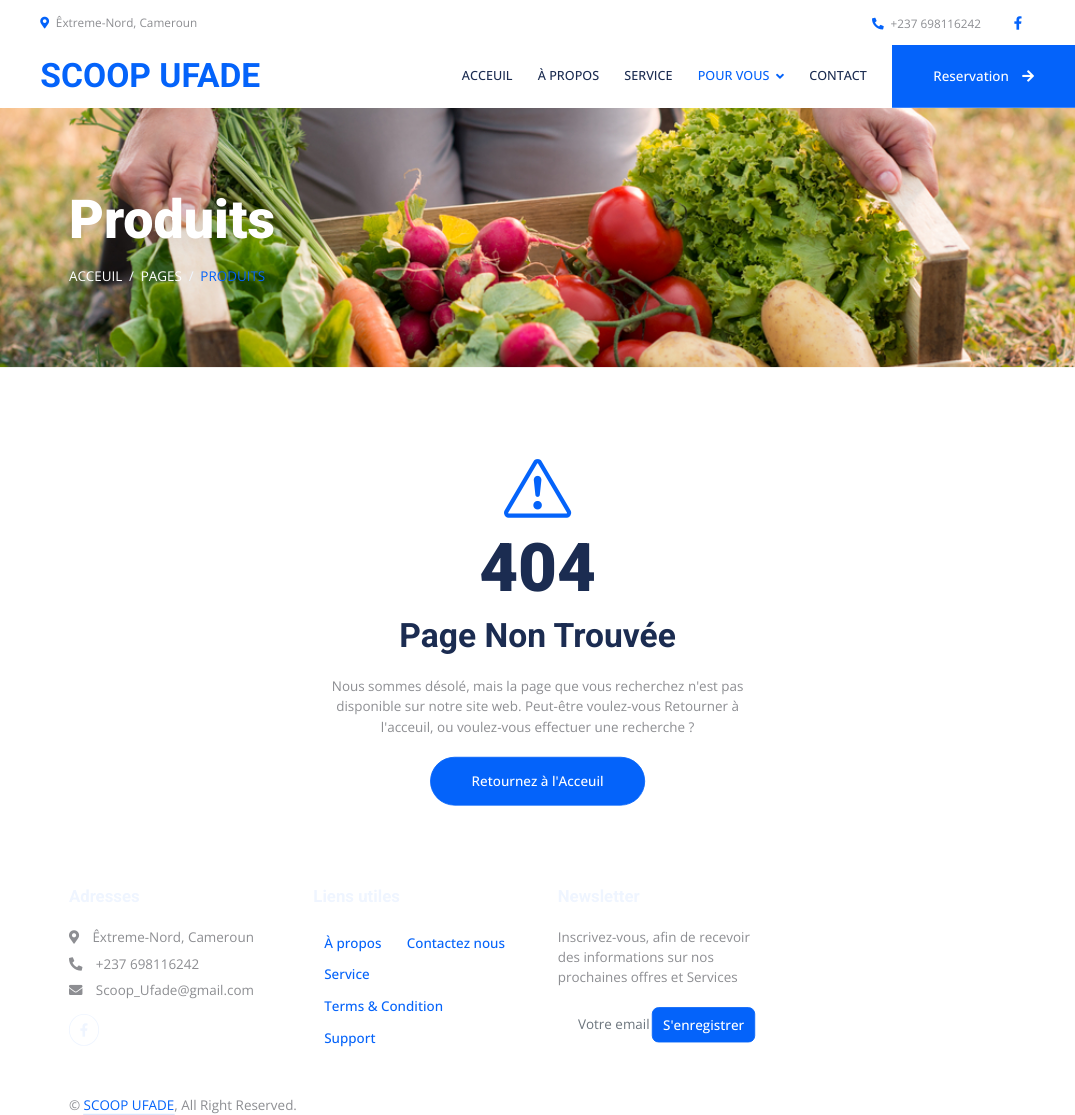
Repository: ryantido/scoop-ufade
Page: 404.html
The author's editor kept a copy of each file at every save. The page is drawn from the files as they stood at one save, then again after the next save.
The browser window is 1280 px wide. The pictures show the whole page, at 84% of full size.
Some web libraries are served in a nearby version.

Above is the page before, as saved 2025-04-20 11:29:46.

### 404.html
<!DOCTYPE html>
<html lang="fr">

<head>
    <meta charset="utf-8">
    <title>SCOOP UFADE</title>
    <meta content="width=device-width, initial-scale=1.0" name="viewport">
    <meta content="" name="keywords">
    <meta content="" name="description">

    <link href="img/favicon.ico" rel="icon">

    <link rel="preconnect" href="https://fonts.googleapis.com">
    <link rel="preconnect" href="https://fonts.gstatic.com" crossorigin>
    <link href="https://fonts.googleapis.com/css2?family=Open+Sans:wght@400;500&family=Roboto:wght@500;700;900&display=swap" rel="stylesheet">

    <link href="https://cdnjs.cloudflare.com/ajax/libs/font-awesome/5.10.0/css/all.min.css" rel="stylesheet">
    <link href="https://cdn.jsdelivr.net/npm/bootstrap-icons@1.4.1/font/bootstrap-icons.css" rel="stylesheet">

    <link href="lib/animate/animate.min.css" rel="stylesheet">
    <link href="lib/owlcarousel/assets/owl.carousel.min.css" rel="stylesheet">
    <link href="lib/tempusdominus/css/tempusdominus-bootstrap-4.min.css" rel="stylesheet" />

    <link href="css/bootstrap.min.css" rel="stylesheet">

    <link href="css/style.css" rel="stylesheet">
</head>

<body>
    <div id="spinner" class="show bg-white position-fixed translate-middle w-100 vh-100 top-50 start-50 d-flex align-items-center justify-content-center">
        <div class="spinner-grow text-primary" style="width: 3rem; height: 3rem;" role="status">
            <span class="sr-only">Loading...</span>
        </div>
    </div

    <div class="container-fluid bg-light p-0 wow fadeIn" data-wow-delay="0.1s">
        <div class="row gx-0 d-none d-lg-flex">
            <div class="col-lg-7 px-5 text-start">
                <div class="h-100 d-inline-flex align-items-center py-3 me-4">
                    <small class="fa fa-map-marker-alt text-primary me-2"></small>
                    <small>&Ecirc;xtreme-Nord, Cameroun</small>
                </div>
            </div>
            <div class="col-lg-5 px-5 text-end">
                <div class="h-100 d-inline-flex align-items-center py-3 me-4">
                    <small class="fa fa-phone-alt text-primary me-2"></small>
                    <small>+237 698116242</small>
                </div>
                <div class="h-100 d-inline-flex align-items-center">
                    <a class="btn btn-sm-square rounded-circle bg-white text-primary me-1" href="https://m.facebook.com/profile.php/?id=100088216677856&name=xhp_nt__fb__action__open_user"><i class="fab fa-facebook-f"></i></a>
                </div>
            </div>
        </div>
    </div>

    <nav class="navbar navbar-expand-lg bg-white navbar-light sticky-top p-0 wow fadeIn" data-wow-delay="0.1s">
        <a href="index.html" class="navbar-brand d-flex align-items-center px-4 px-lg-5">
            <h1 class="m-0 text-primary">SCOOP UFADE</h1>
        </a>
        <button type="button" class="navbar-toggler me-4" data-bs-toggle="collapse" data-bs-target="#navbarCollapse">
            <span class="navbar-toggler-icon"></span>
        </button>
        <div class="collapse navbar-collapse" id="navbarCollapse">
            <div class="navbar-nav ms-auto p-4 p-lg-0">
                <a href="index.html" class="nav-item nav-link">Acceuil</a>
                <a href="about.html" class="nav-item nav-link">&Agrave; propos</a>
                <a href="service.html" class="nav-item nav-link">Service</a>
                <div class="nav-item dropdown">
                    <a href="#" class="nav-link dropdown-toggle active" data-bs-toggle="dropdown">Pour Vous</a>
                    <div class="dropdown-menu rounded-0 rounded-bottom m-0">
                        <a href="404.html" class="dropdown-item">Produits</a>
                        <a href="appointment.html" class="dropdown-item">Reservation</a>
                    </div>
                </div>
                <a href="contact.html" class="nav-item nav-link">Contact</a>
            </div>
            <a href="" class="btn btn-primary rounded-0 py-4 px-lg-5 d-none d-lg-block">Reservation<i class="fa fa-arrow-right ms-3"></i></a>
        </div>
    </nav>

    <div class="container-fluid page-header py-5 mb-5 wow fadeIn" data-wow-delay="0.1s">
        <div class="container py-5">
            <h1 class="display-3 text-white mb-3 animated slideInDown"><!--Erreur 404-->Produits</h1>
            <nav aria-label="breadcrumb animated slideInDown">
                <ol class="breadcrumb text-uppercase mb-0">
                    <li class="breadcrumb-item"><a class="text-white" href="index.html">Acceuil</a></li>
                    <li class="breadcrumb-item"><a class="text-white" href="#">Pages</a></li>
                    <li class="breadcrumb-item text-primary active" aria-current="page"><!--Erreur 404-->Produits</li>
                </ol>
            </nav>
        </div>
    </div>

    <div class="container-xxl py-5 wow fadeInUp" data-wow-delay="0.1s">
        <div class="container text-center">
            <div class="row justify-content-center">
                <div class="col-lg-6">
                    <i class="bi bi-exclamation-triangle display-1 text-primary"></i>
                    <h1 class="display-1">404</h1>
                    <h1 class="mb-4">Page Non Trouv&eacute;e</h1>
                    <p class="mb-4">
                        Nous sommes d&eacute;sol&eacute;, mais la page que vous recherchez n'est pas disponible sur notre site web. Peut-&ecirc;tre
                        voulez-vous Retourner &agrave; l'acceuil, ou voulez-vous effectuer une recherche ?
                    </p>
                    <a class="btn btn-primary rounded-pill py-3 px-5" href="index.html">Retournez &agrave; l'Acceuil</a>
                </div>
            </div>
        </div>
    </div

    <div class="container-fluid bg-dark text-light footer mt-5 pt-5 wow fadeIn" data-wow-delay="0.1s">
        <div class="container py-5">
            <div class="row g-5">
                <div class="col-lg-3 col-md-6">
                    <h5 class="text-light mb-4">Adresses</h5>
                    <p class="mb-2"><i class="fa fa-map-marker-alt me-3"></i>&Ecirc;xtreme-Nord, Cameroun</p>
                    <p class="mb-2"><i class="fa fa-phone-alt me-3"></i>+237 698116242</p>
                    <p class="mb-2"><i class="fa fa-envelope me-3"></i>Scoop_Ufade@gmail.com</p>
                    <div class="d-flex pt-2">
                        <a class="btn btn-outline-light btn-social rounded-circle" href="https://m.facebook.com/profile.php/?id=100088216677856&name=xhp_nt__fb__action__open_user"><i class="fab fa-facebook-f"></i></a>
                    </div>
                </div>
                <div class="col-lg-3 col-md-6">
                    <h5 class="text-light mb-4" >Liens utiles</h5>
                    <a class="btn btn-link" href="">&Agrave; propos</a>
                    <a class="btn btn-link" href="contact.html">Contactez nous</a>
                    <a class="btn btn-link" href="service.html">Service</a>
                    <a class="btn btn-link" href="#">Terms & Condition</a>
                    <a class="btn btn-link" href="#">Support</a>
                </div>
                <div class="col-lg-3 col-md-6">
                    <h5 class="text-light mb-4">Newsletter</h5>
                    <p>Inscrivez-vous, afin de recevoir des informations sur nos prochaines offres et Services</p>
                    <div class="position-relative mx-auto" style="max-width: 400px;">
                        <input class="form-control border-0 w-100 py-3 ps-4 pe-5" type="text" placeholder="Votre email">
                        <button type="button" class="btn btn-primary py-2 position-absolute top-0 end-0 mt-2 me-2">S'enregistrer</button>
                    </div>
                </div>
            </div>
        </div>
        <div class="container">
            <div class="copyright">
                <div class="row">
                    <div class="col-md-6 text-center text-md-start mb-3 mb-md-0">
                        &copy; <a class="border-bottom" href="#">SCOOP UFADE</a>, All Right Reserved.
                </div>
            </div>
        </div>
    </div>

    <a href="#" class="btn btn-lg btn-primary btn-lg-square rounded-circle back-to-top"><i class="bi bi-arrow-up"></i></a>

    <script src="https://code.jquery.com/jquery-3.4.1.min.js"></script>
    <script src="https://cdn.jsdelivr.net/npm/bootstrap@5.0.0/dist/js/bootstrap.bundle.min.js"></script>
    <script src="lib/wow/wow.min.js"></script>
    <script src="lib/easing/easing.min.js"></script>
    <script src="lib/waypoints/waypoints.min.js"></script>
    <script src="lib/counterup/counterup.min.js"></script>
    <script src="lib/owlcarousel/owl.carousel.min.js"></script>
    <script src="lib/tempusdominus/js/moment.min.js"></script>
    <script src="lib/tempusdominus/js/moment-timezone.min.js"></script>
    <script src="lib/tempusdominus/js/tempusdominus-bootstrap-4.min.js"></script>

    <script src="js/main.js"></script>
</body>

</html>

### css/style.css

:root {
    --primary: #0463FA;
    --light: #EFF5FF;
    --dark: #1B2C51;
}

.fw-medium {
    font-weight: 500 !important;
}

.fw-bold {
    font-weight: 700 !important;
}

.fw-black {
    font-weight: 900 !important;
}

.back-to-top {
    position: fixed;
    display: none;
    right: 45px;
    bottom: 45px;
    z-index: 99;
}

#spinner {
    opacity: 0;
    visibility: hidden;
    transition: opacity .5s ease-out, visibility 0s linear .5s;
    z-index: 99999;
}

#spinner.show {
    transition: opacity .5s ease-out, visibility 0s linear 0s;
    visibility: visible;
    opacity: 1;
}



.btn {
    font-weight: 500;
    transition: .5s;
}

.btn.btn-primary,
.btn.btn-secondary {
    color: #FFFFFF;
}

.btn-square {
    width: 38px;
    height: 38px;
}

.btn-sm-square {
    width: 32px;
    height: 32px;
}

.btn-lg-square {
    width: 48px;
    height: 48px;
}

.btn-square,
.btn-sm-square,
.btn-lg-square {
    padding: 0;
    display: flex;
    align-items: center;
    justify-content: center;
    font-weight: normal;
}


.navbar .dropdown-toggle::after {
    border: none;
    content: "\f107";
    font-family: "Font Awesome 5 Free";
    font-weight: 900;
    vertical-align: middle;
    margin-left: 8px;
}

.navbar .navbar-nav .nav-link {
    margin-right: 30px;
    padding: 25px 0;
    color: #FFFFFF;
    font-size: 15px;
    font-weight: 500;
    text-transform: uppercase;
    outline: none;
}

.navbar .navbar-nav .nav-link:hover,
.navbar .navbar-nav .nav-link.active {
    color: var(--primary);
}

@media (max-width: 991.98px) {
    .navbar .navbar-nav .nav-link  {
        margin-right: 0;
        padding: 10px 0;
    }

    .navbar .navbar-nav {
        border-top: 1px solid #EEEEEE;
    }
}

.navbar .navbar-brand,
.navbar a.btn {
    height: 75px;
}

.navbar .navbar-nav .nav-link {
    color: var(--dark);
    font-weight: 500;
}

.navbar.sticky-top {
    top: -100px;
    transition: .5s;
}

@media (min-width: 992px) {
    .navbar .nav-item .dropdown-menu {
        display: block;
        border: none;
        margin-top: 0;
        top: 150%;
        opacity: 0;
        visibility: hidden;
        transition: .5s;
    }

    .navbar .nav-item:hover .dropdown-menu {
        top: 100%;
        visibility: visible;
        transition: .5s;
        opacity: 1;
    }
}

.header-carousel .owl-carousel-text {
    position: absolute;
    width: 100%;
    height: 100%;
    padding: 3rem;
    top: 0;
    left: 0;
    display: flex;
    align-items: center;
    justify-content: center;
    text-shadow: 0 0 30px rgba(0, 0, 0, .1);
}

.header-carousel .owl-nav {
    position: absolute;
    width: 200px;
    height: 45px;
    bottom: 30px;
    left: 50%;
    transform: translateX(-50%);
    display: flex;
    justify-content: space-between;
}

.header-carousel .owl-nav .owl-prev,
.header-carousel .owl-nav .owl-next {
    width: 45px;
    height: 45px;
    display: flex;
    align-items: center;
    justify-content: center;
    color: #FFFFFF;
    background: transparent;
    border: 1px solid #FFFFFF;
    border-radius: 45px;
    font-size: 22px;
    transition: .5s;
}

.header-carousel .owl-nav .owl-prev:hover,
.header-carousel .owl-nav .owl-next:hover {
    background: var(--primary);
    border-color: var(--primary);
}

.header-carousel .owl-dots {
    position: absolute;
    height: 45px;
    bottom: 30px;
    left: 50%;
    transform: translateX(-50%);
    display: flex;
    align-items: center;
    justify-content: center;
}

.header-carousel .owl-dot {
    position: relative;
    display: inline-block;
    margin: 0 5px;
    width: 15px;
    height: 15px;
    background: transparent;
    border: 1px solid #FFFFFF;
    border-radius: 15px;
    transition: .5s;
}

.header-carousel .owl-dot::after {
    position: absolute;
    content: "";
    width: 5px;
    height: 5px;
    top: 4px;
    left: 4px;
    background: #FFFFFF;
    border-radius: 5px;
}

.header-carousel .owl-dot.active {
    background: var(--primary);
    border-color: var(--primary);
}

.page-header {
    background: url("../img/agro.jpg")  center no-repeat;
    background-size: cover;
    text-shadow: 0 0 30px rgba(0, 0, 0, .1);
}

.page-header2 {
    background: url("../img/props1.jpg")  center no-repeat ;
    background-size: cover;
    text-shadow: 0 0 30px rgba(0, 0, 0, .1);
}

.page-header3 {
    background: url("../img/services1.jpg")  center no-repeat;
    background-size: cover;
    text-shadow: 0 0 30px rgba(0, 0, 0, .1);
}

.page-header4 {
    background: url("../img/contact.jpg")  center no-repeat;
    background-size: cover;
    text-shadow: 0 0 30px rgba(0, 0, 0, .1);
}

.breadcrumb-item + .breadcrumb-item::before {
    color: var(--light);
}

.service-item {
    transition: .5s;
}

.service-item:hover {
    margin-top: -10px;
    box-shadow: 0 .5rem 1.5rem rgba(0, 0, 0, .08);
}

.service-item .btn {
    width: 40px;
    height: 40px;
    display: inline-flex;
    align-items: center;
    background: #FFFFFF;
    border-radius: 40px;
    white-space: nowrap;
    overflow: hidden;
    transition: .5s;
}

.service-item:hover .btn {
    width: 140px;
}

.bootstrap-datetimepicker-widget.bottom {
    top: auto !important;
}

.bootstrap-datetimepicker-widget .table * {
    border-bottom-width: 0px;
}

.bootstrap-datetimepicker-widget .table th {
    font-weight: 500;
}

.bootstrap-datetimepicker-widget.dropdown-menu {
    padding: 10px;
    border-radius: 2px;
}

.bootstrap-datetimepicker-widget table td.active,
.bootstrap-datetimepicker-widget table td.active:hover {
    background: var(--primary);
}

.bootstrap-datetimepicker-widget table td.today::before {
    border-bottom-color: var(--primary);
}

.testimonial-carousel::before {
    position: absolute;
    content: "";
    top: 0;
    left: 0;
    height: 100%;
    width: 0;
    background: linear-gradient(to right, rgba(255, 255, 255, 1) 0%, rgba(255, 255, 255, 0) 100%);
    z-index: 1;
}

.testimonial-carousel::after {
    position: absolute;
    content: "";
    top: 0;
    right: 0;
    height: 100%;
    width: 0;
    background: linear-gradient(to left, rgba(255, 255, 255, 1) 0%, rgba(255, 255, 255, 0) 100%);
    z-index: 1;
}

@media (min-width: 768px) {
    .testimonial-carousel::before,
    .testimonial-carousel::after {
        width: 200px;
    }
}

@media (min-width: 992px) {
    .testimonial-carousel::before,
    .testimonial-carousel::after {
        width: 300px;
    }
}

.testimonial-carousel .owl-item .testimonial-text {
    background: var(--light);
    transform: scale(.8);
    transition: .5s;
}

.testimonial-carousel .owl-item.center .testimonial-text {
    background: var(--primary);
    transform: scale(1);
}

.testimonial-carousel .owl-item .testimonial-text *,
.testimonial-carousel .owl-item .testimonial-item img {
    transition: .5s;
}

.testimonial-carousel .owl-item.center .testimonial-text * {
    color: var(--light) !important;
}

.testimonial-carousel .owl-item.center .testimonial-item img {
    background: var(--primary) !important;
}

.testimonial-carousel .owl-nav {
    position: absolute;
    width: 350px;
    top: 15px;
    left: 50%;
    transform: translateX(-50%);
    display: flex;
    justify-content: space-between;
    opacity: 0;
    transition: .5s;
    z-index: 1;
}

.testimonial-carousel:hover .owl-nav {
    width: 300px;
    opacity: 1;
}

.testimonial-carousel .owl-nav .owl-prev,
.testimonial-carousel .owl-nav .owl-next {
    position: relative;
    color: var(--primary);
    font-size: 45px;
    transition: .5s;
}

.testimonial-carousel .owl-nav .owl-prev:hover,
.testimonial-carousel .owl-nav .owl-next:hover {
    color: var(--dark);
}

.footer .btn.btn-social {
    margin-right: 5px;
    width: 35px;
    height: 35px;
    display: flex;
    align-items: center;
    justify-content: center;
    color: var(--light);
    border: 1px solid #FFFFFF;
    transition: .3s;
}

.footer .btn.btn-social:hover {
    color: var(--primary);
}

.footer .btn.btn-link {
    display: block;
    margin-bottom: 5px;
    padding: 0;
    text-align: left;
    color: #FFFFFF;
    font-size: 15px;
    font-weight: normal;
    text-transform: capitalize;
    transition: .3s;
}

.footer .btn.btn-link::before {
    position: relative;
    content: "\f105";
    font-family: "Font Awesome 5 Free";
    font-weight: 900;
    margin-right: 10px;
}

.footer .btn.btn-link:hover {
    color: var(--primary);
    letter-spacing: 1px;
    box-shadow: none;
}

.footer .copyright {
    padding: 25px 0;
    font-size: 15px;
    border-top: 1px solid rgba(256, 256, 256, .1);
}

.footer .copyright a {
    color: var(--light);
}

.footer .copyright a:hover {
    color: var(--primary);
}

### js/main.js
(function ($) {
    "use strict";

    // Spinner
    var spinner = function () {
        setTimeout(function () {
            if ($('#spinner').length > 0) {
                $('#spinner').removeClass('show');
            }
        }, 1);
    };
    spinner();


    // Initiate the wowjs
    new WOW().init();


    // Sticky Navbar
    $(window).scroll(function () {
        if ($(this).scrollTop() > 300) {
            $('.sticky-top').addClass('shadow-sm').css('top', '0px');
        } else {
            $('.sticky-top').removeClass('shadow-sm').css('top', '-100px');
        }
    });


    // Back to top button
    $(window).scroll(function () {
        if ($(this).scrollTop() > 300) {
            $('.back-to-top').fadeIn('slow');
        } else {
            $('.back-to-top').fadeOut('slow');
        }
    });
    $('.back-to-top').click(function () {
        $('html, body').animate({scrollTop: 0}, 1500, 'easeInOutExpo');
        return false;
    });


    // Facts counter
    $('[data-toggle="counter-up"]').counterUp({
        delay: 10,
        time: 2000
    });


    // Date and time picker
    $('.date').datetimepicker({
        format: 'L'
    });
    $('.time').datetimepicker({
        format: 'LT'
    });


    // Header carousel
    $(".header-carousel").owlCarousel({
        autoplay: false,
        animateOut: 'fadeOutLeft',
        items: 1,
        dots: true,
        loop: true,
        nav : true,
        navText : [
            '<i class="bi bi-chevron-left"></i>',
            '<i class="bi bi-chevron-right"></i>'
        ]
    });


    // Testimonials carousel
    $(".testimonial-carousel").owlCarousel({
        autoplay: false,
        smartSpeed: 1000,
        center: true,
        dots: false,
        loop: true,
        nav : true,
        navText : [
            '<i class="bi bi-arrow-left"></i>',
            '<i class="bi bi-arrow-right"></i>'
        ],
        responsive: {
            0:{
                items:1
            },
            768:{
                items:2
            }
        }
    });


})(jQuery);

Loaded but not shown: lib/animate/animate.min.css (library); lib/owlcarousel/assets/owl.carousel.min.css (common file); lib/tempusdominus/css/tempusdominus-bootstrap-4.min.css (library); css/bootstrap.min.css (library); lib/wow/wow.min.js (library); lib/easing/easing.min.js (common file); lib/waypoints/waypoints.min.js (library); lib/owlcarousel/owl.carousel.min.js (library); lib/tempusdominus/js/moment.min.js (library); lib/tempusdominus/js/moment-timezone.min.js (library); lib/tempusdominus/js/tempusdominus-bootstrap-4.min.js (library); lib/counterup/counterup.min.js (4 lines, source omitted)

After the next save:
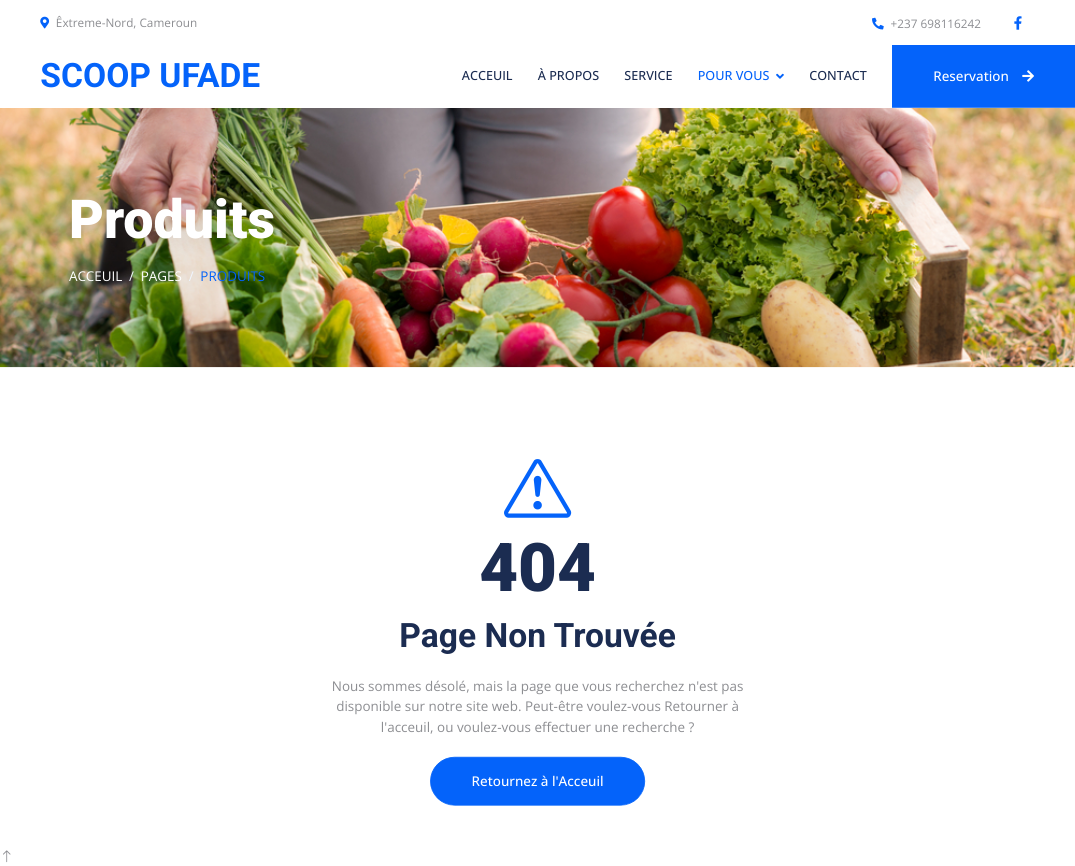
Saved 18 s later.
--- a/404.html
+++ b/404.html
@@ -108,45 +108,7 @@
         </div>
     </div
 
-    <div class="container-fluid bg-dark text-light footer mt-5 pt-5 wow fadeIn" data-wow-delay="0.1s">
-        <div class="container py-5">
-            <div class="row g-5">
-                <div class="col-lg-3 col-md-6">
-                    <h5 class="text-light mb-4">Adresses</h5>
-                    <p class="mb-2"><i class="fa fa-map-marker-alt me-3"></i>&Ecirc;xtreme-Nord, Cameroun</p>
-                    <p class="mb-2"><i class="fa fa-phone-alt me-3"></i>+237 698116242</p>
-                    <p class="mb-2"><i class="fa fa-envelope me-3"></i>Scoop_Ufade@gmail.com</p>
-                    <div class="d-flex pt-2">
-                        <a class="btn btn-outline-light btn-social rounded-circle" href="https://m.facebook.com/profile.php/?id=100088216677856&name=xhp_nt__fb__action__open_user"><i class="fab fa-facebook-f"></i></a>
-                    </div>
-                </div>
-                <div class="col-lg-3 col-md-6">
-                    <h5 class="text-light mb-4" >Liens utiles</h5>
-                    <a class="btn btn-link" href="">&Agrave; propos</a>
-                    <a class="btn btn-link" href="contact.html">Contactez nous</a>
-                    <a class="btn btn-link" href="service.html">Service</a>
-                    <a class="btn btn-link" href="#">Terms & Condition</a>
-                    <a class="btn btn-link" href="#">Support</a>
-                </div>
-                <div class="col-lg-3 col-md-6">
-                    <h5 class="text-light mb-4">Newsletter</h5>
-                    <p>Inscrivez-vous, afin de recevoir des informations sur nos prochaines offres et Services</p>
-                    <div class="position-relative mx-auto" style="max-width: 400px;">
-                        <input class="form-control border-0 w-100 py-3 ps-4 pe-5" type="text" placeholder="Votre email">
-                        <button type="button" class="btn btn-primary py-2 position-absolute top-0 end-0 mt-2 me-2">S'enregistrer</button>
-                    </div>
-                </div>
-            </div>
-        </div>
-        <div class="container">
-            <div class="copyright">
-                <div class="row">
-                    <div class="col-md-6 text-center text-md-start mb-3 mb-md-0">
-                        &copy; <a class="border-bottom" href="#">SCOOP UFADE</a>, All Right Reserved.
-                </div>
-            </div>
-        </div>
-    </div>
+
 
     <a href="#" class="btn btn-lg btn-primary btn-lg-square rounded-circle back-to-top"><i class="bi bi-arrow-up"></i></a>
 
